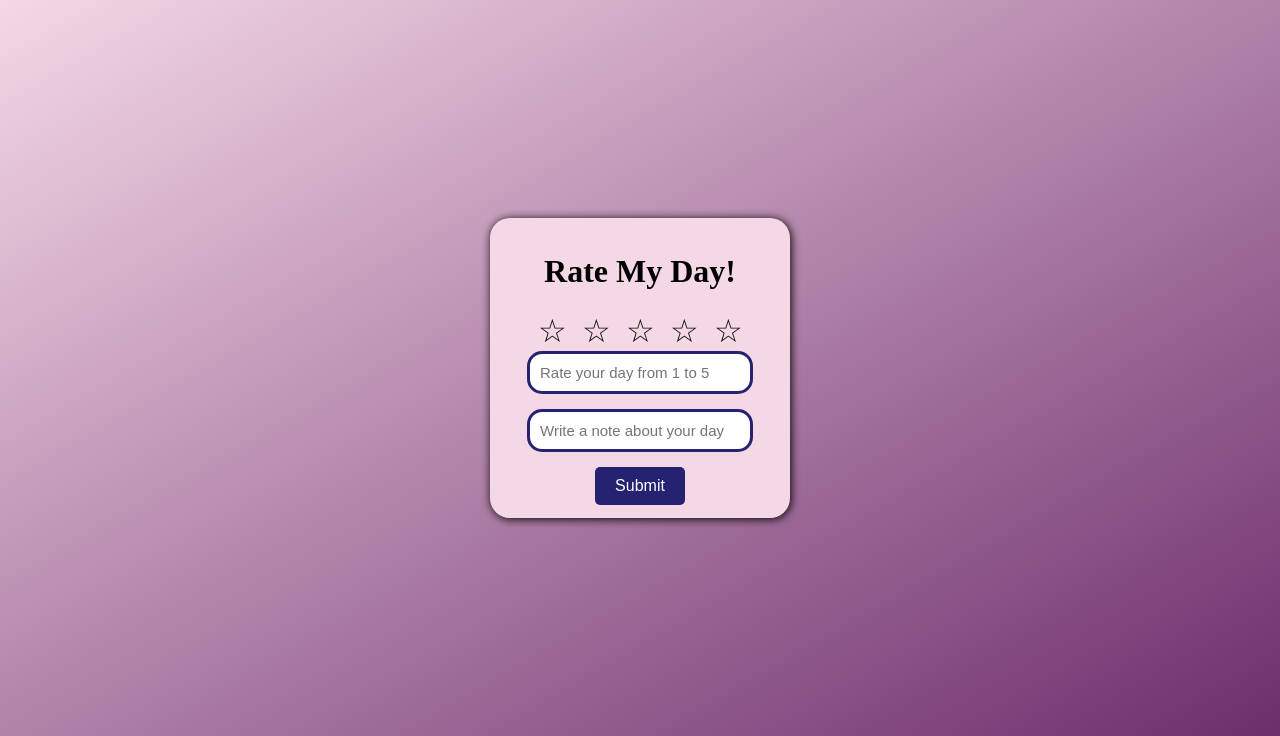
Repository: elenav24/RateMyDay
Page: frontend/index.html
These files come from the project's save history. The page is drawn as it stood at one moment and after the next save; the edit follows.
The browser window is 1280 px wide. The pictures show the whole page.

Above is the page before, as saved 2025-05-15 13:19:36.

After the next save:
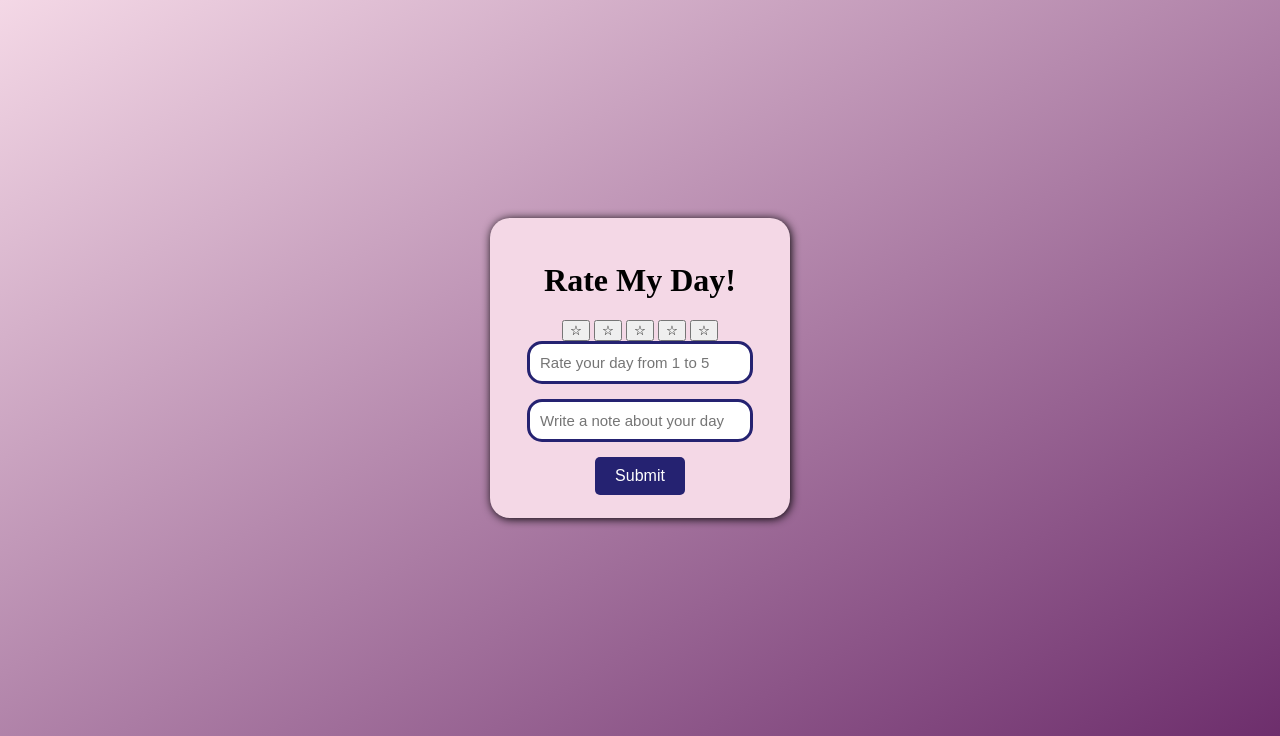
Saved 2 min 26 s later.
--- a/frontend/style.css
+++ b/frontend/style.css
@@ -39,12 +39,21 @@ body {
 }
 
 .star-btn {
-    width: 40px;
-    height: 40px;
-    background: none;
-    border: none;
-    cursor: pointer;
-    font-size: 32px;
+    /* HTML: <div class="star"></div> */
+.star {
+  width: 300px;
+  aspect-ratio: 1;
+  background: #F8CA00;
+  clip-path: polygon(50% 0,
+    calc(50%*(1 + sin(.4turn))) calc(50%*(1 - cos(.4turn))),
+    calc(50%*(1 - sin(.2turn))) calc(50%*(1 - cos(.2turn))),
+    calc(50%*(1 + sin(.2turn))) calc(50%*(1 - cos(.2turn))),
+    calc(50%*(1 - sin(.4turn))) calc(50%*(1 - cos(.4turn)))
+   );
+  /* or more simple
+  clip-path: polygon(50% 0,79% 90%,2% 35%,98% 35%,21% 90%);
+   */
+}
 }
 
 .star-btn.hover::before {
